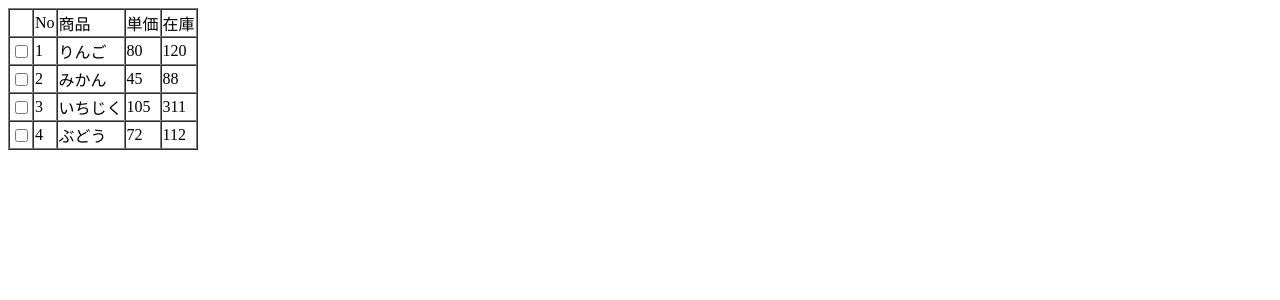
Repository: nathox/backup
Page: http://localhost/Favorite/s.jsp
An editor plug-in stored every save of this project. The page is shown before and after the next save, followed by the edit.
The browser window is 1280 px wide. The pictures show the whole page.
The page is served by Tomcat 9.

Above is the page before, as saved 2018-02-07 07:33:32.

After the next save:
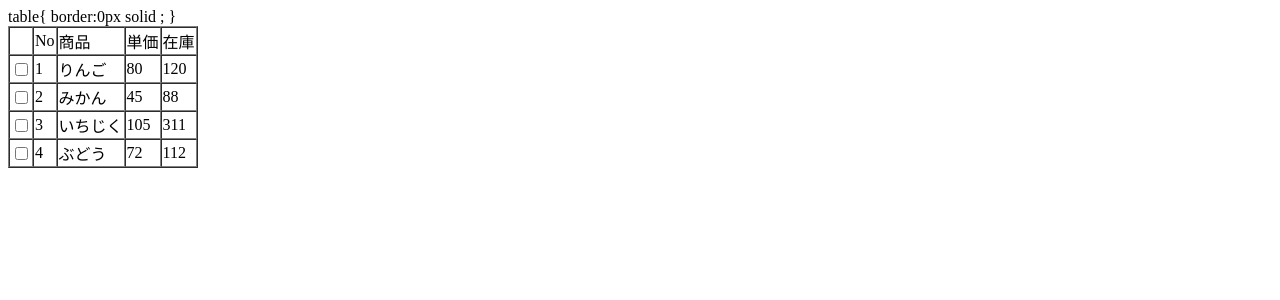
Saved 2 min 53 s later.
--- a/Favorite/WebContent/s.jsp
+++ b/Favorite/WebContent/s.jsp
@@ -5,6 +5,15 @@
 <head>
 <meta http-equiv="Content-Type" content="text/html; charset=UTF-8">
 <title>Insert title here</title>
+
+table{
+border:0px solid ;
+
+}
+
+
+
+
 </head>
 <body>
 
